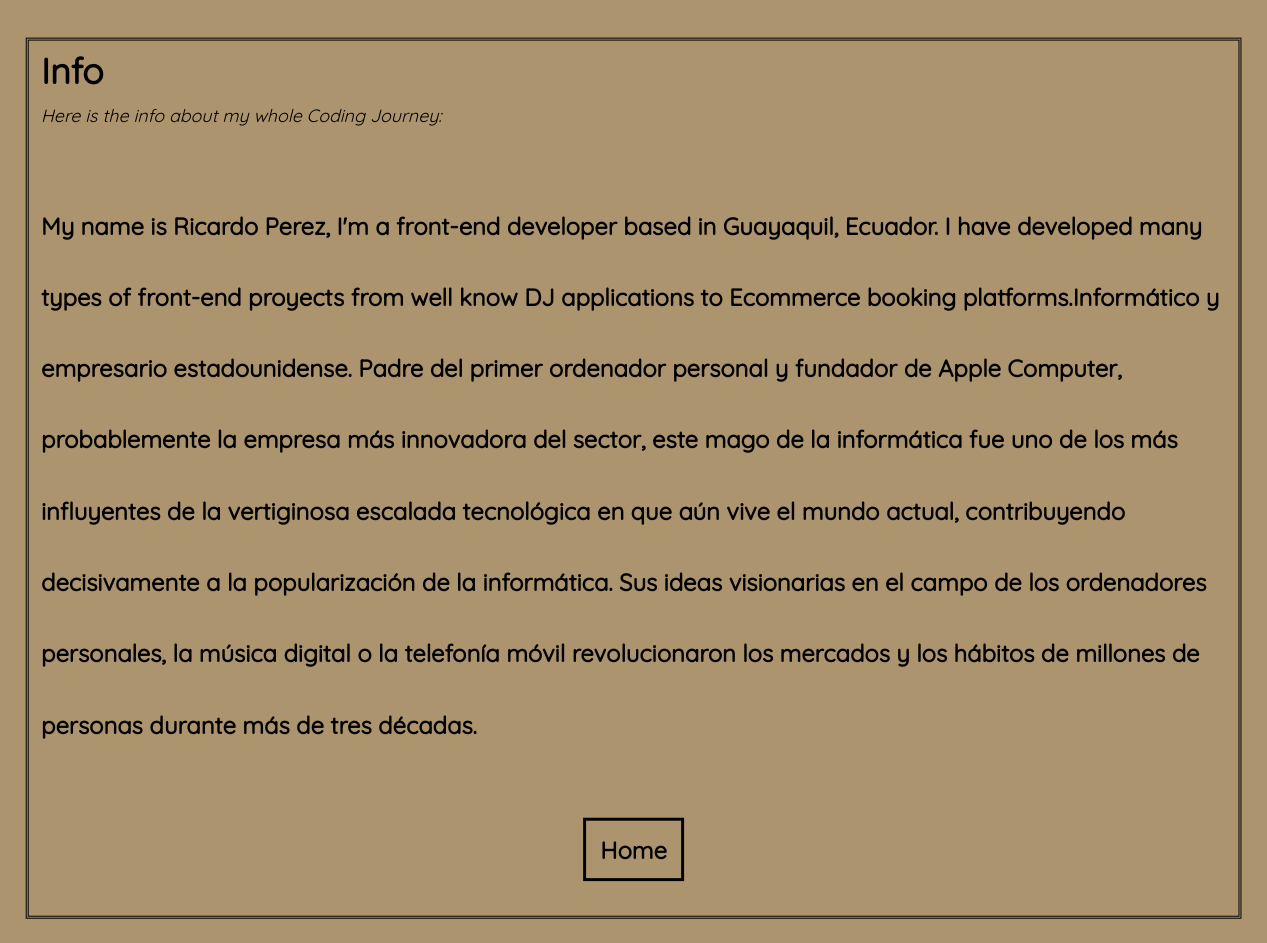
Repository: rickypcyt/ricky-react-portfolio
Page: /Info
The author's editor kept a copy of each file at every save. The page is drawn from the files as they stood at one save, then again after the next save.
The browser window is 1280 px wide. The pictures show the whole page, at 99% of full size.
The project was rebuilt for these pictures with package versions that can differ from the ones it lists, and the page was loaded fresh each time. Also part of the build but not shown: src/Content.js, src/pages/Projects.js, src/pages/Contact.js, src/pages/WebMural.js, src/pages/NotesJS.js.

Above is the page before, as saved 2022-09-12 18:20:46.

### src/index.js
import React from "react";
import ReactDOM from "react-dom/client";
import "./index.css";
import App from "./App";
import reportWebVitals from "./reportWebVitals";
import { BrowserRouter, Routes, Route, Switch } from "react-router-dom";

const root = ReactDOM.createRoot(document.getElementById("root"));
root.render(
  <React.StrictMode>
    <BrowserRouter>
      <App />
    </BrowserRouter>
  </React.StrictMode>
);

// If you want to start measuring performance in your app, pass a function
// to log results (for example: reportWebVitals(console.log))
// or send to an analytics endpoint. Learn more: https://bit.ly/CRA-vitals
reportWebVitals();

### src/index.css
@import url("https://fonts.googleapis.com/css2?family=Quicksand");

input[type="file"] {
  display: none;
}
.container {
  top: 0%;
  left: 0%;
}
::marker {
  display: none;
}
.image-container {
  width: 100%;
  margin: auto;
  display: flex;
  flex-direction: row;
  justify-content: space-evenly;
  gap: 15px;
  padding: 10px;
}
body {
  line-height: 1;
  font-family: "Quicksand";
  font-size: large;
  margin: 2%;
  padding: 1%;
  border-style: double;
  margin-top: 3%;
  background: #ac946e;
}
ol {
  list-style: none;
  display: flex;
  padding: 0;
  justify-content: space-around;
  align-items: flex-start;
  display: flex;
  flex-wrap: wrap;
  align-content: center;
}
.content {
  position: absolute;
  right: calc(var(--pad) * 2);
  bottom: calc(var(--pad) * 2);
  white-space: nowrap;
}
.parrafo {
  line-height: 1.5;
  text-align: end;
  font-size: larger;
  padding-top: 1%;
}
.parrafo span {
  display: block;
}
.titulo {
  margin: 0;
}
.oli {
  font-weight: bold;
  border-style: solid;
  font-size: x-large;
  padding: 1ch;
}
.descripcion {
  font-weight: lighter;
  font-style: oblique;
}
.oli:hover {
  color: black;
  border-style: dotted;
}
.page {
  padding-top: 2%;
  padding-bottom: 3%;
}
.pageContact {
  padding-top: 8%;
  padding-bottom: 9%;
}
.cabeceranavi {
  padding-bottom: 2%;
}
p {
  font-weight: bold;
}
a {
  color: black;
  text-decoration: none;
  padding: 0ch;
}
span {
  font-size: larger;
}
li {
  width: 7%;
  height: 10%;
}
ul {
  list-style-type: none;
  margin: 0%;
  display: flex;
  align-items: center;
  flex-direction: row;
  padding-top: 5%;
  padding-bottom: 5%;
  padding-left: 0%;
  justify-content: space-around;
}
.imagenes {
  display: block;
  height: auto;
  width: auto;
  padding-top: 5%;
  padding-bottom: 5%;
}

.imagenesproyect {
  position: relative;
}
.fixer {
  display: flex;
  flex-direction: row;
  justify-content: space-evenly;
  padding-bottom: 3%;
}
.overlay {
  position: absolute;
  top: 0.83cm;

  background: rgb(0, 0, 0);
  background: rgb(2, 0.3, 0.9, 0.6); /* Black see-through */
  color: #f1f1f1;
  width: 100%;
  transition: 0.5s ease;
  color: white;
  text-align: center;
  font-size: 20px;
  padding-top: 20px;
  padding-bottom: 20px;
  opacity: 0;
}
.imagenesproyect:hover .overlay {
  opacity: 1;
}
.overlay2 {
  position: absolute;
  bottom: 31px;
  background: rgb(0, 0, 0);
  background: rgba(40, 40, 40, 0.6); /* Black see-through */
  color: #f1f1f1;
  width: 100%;
  transition: 0.5s ease;
  color: white;
  text-align: center;
  font-size: 20px;
  padding-top: 20px;
  padding-bottom: 20px;
  opacity: 0;
}
.imagenesproyect:hover .overlay2 {
  opacity: 1;
}

.homeinfo {
  font-size: x-large;
  line-height: 300%;
}

@media screen and (max-width: 1340px) {
  .fixer {
    flex-direction: column;
    justify-content: center;
  }
  .imagenes {
    height: auto;
    width: 100%;
  }
  ol {
  }
}

.image-container {
  width: auto;
  margin: auto;
  /* display: flex; */
  flex-wrap: wrap;
  gap: 15px;
  padding: 10px;
}

.image-container img {
  max-width: 100%;
  max-height: 225px;
}

.container .image-container .image {
  border: 4px solid black;
  overflow: hidden;
  /* cursor: pointer; */
}

.container .image-container .image img {
  height: 100%;
  width: 100%;
}
@media (max-width: 700px) {
  .image-container img {
    max-height: -10px;
  }
  .cabeceranavi {
    padding-bottom: 7%;
  }
  .homeinfo {
    font-size: x-large;
    line-height: 150%;
  }
}

.image:hover {
  transform: scale(
    1.15
  ); /* (150% zoom - Note: if the zoom is too large, it will go outside of the viewport) */
}

### src/App.js
import Content from "./Content";
import Info from "./pages/Info";
import Projects from "./pages/Projects";
import Contact from "./pages/Contact";
import WebMural from "./pages/WebMural";
import NotesJS from "./pages/NotesJS";
import { Route, Routes, Switch } from "react-router-dom";

function App() {
  return (
    <>
      <Routes>
        <Route path="/" element={<Content />}/>
        <Route path="/Projects" element={<Projects />} />
        <Route path="/Info" element={<Info />} />
        <Route path="/Contact" element={<Contact />} />
        <Route path="/WebMural" element={<WebMural />} />
        <Route path="/NotesJS" element={<NotesJS />} />
      </Routes>
    </>
  );
}
export default App;

### src/pages/Info.js
import { Link, useMatch, useResolvedPath } from "react-router-dom";
export default function Info() {
  return (
    <main>
      <div id="Page">
        <div className="cabecera">
          <h1 className="titulo">Info </h1>
          <p className="descripcion">
            Here is the info about my whole Coding Journey:
          </p>
        </div>
        <div className="separador">
          <section className="page" style={{ display: "block", opacity: 1 }}>
            <div className="homeinfo">
              <p>
                My name is Ricardo Perez, I'm a front-end developer based in
                Guayaquil, Ecuador. I have developed many types of front-end proyects
                from well know DJ applications to Ecommerce booking
                platforms.Informático y empresario estadounidense. Padre del
                primer ordenador personal y fundador de Apple Computer,
                probablemente la empresa más innovadora del sector, este mago de
                la informática fue uno de los más influyentes de la vertiginosa
                escalada tecnológica en que aún vive el mundo actual,
                contribuyendo decisivamente a la popularización de la
                informática. Sus ideas visionarias en el campo de los
                ordenadores personales, la música digital o la telefonía móvil
                revolucionaron los mercados y los hábitos de millones de
                personas durante más de tres décadas.
              </p>
            </div>
          </section>
          <nav className="cabeceranavi">
            <ol>
              <div>
                <CustomLink to="/" className="oli">
                  Home
                </CustomLink>
              </div>
            </ol>
          </nav>
        </div>
      </div>
    </main>
  );
}

function CustomLink({ to, children, ...props }) {
  const resolvedPath = useResolvedPath(to);
  const isActive = useMatch({ path: resolvedPath.pathname, end: true });
  return (
    <li className={isActive ? "active" : ""}>
      <Link to={to} {...props}>
        {children}
      </Link>
    </li>
  );
}

Loaded but not shown: public/index.html (common file); src/reportWebVitals.js (common file)

After the next save:
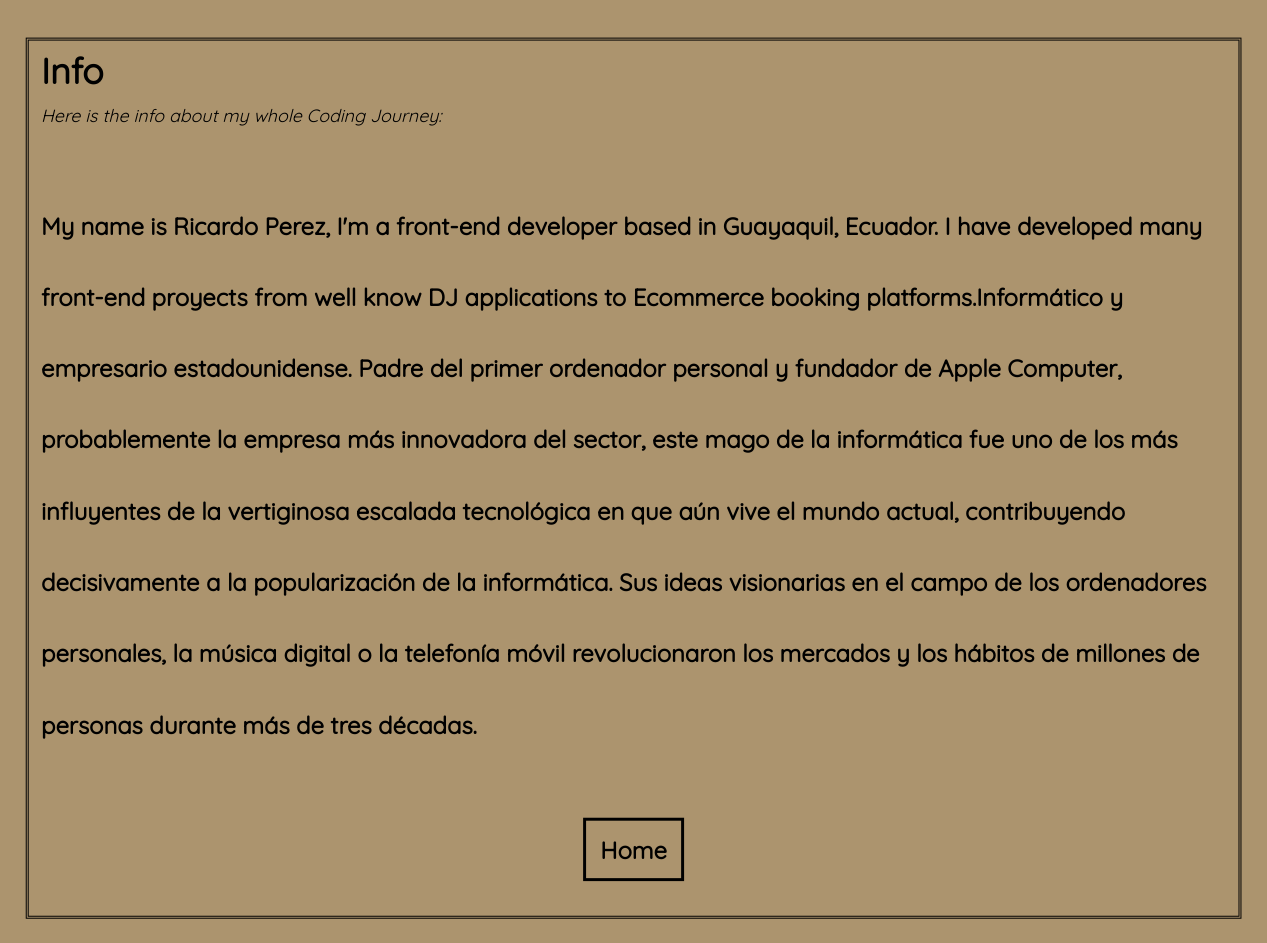
Saved 6 s later.
--- a/src/pages/Info.js
+++ b/src/pages/Info.js
@@ -14,7 +14,7 @@ export default function Info() {
             <div className="homeinfo">
               <p>
                 My name is Ricardo Perez, I'm a front-end developer based in
-                Guayaquil, Ecuador. I have developed many types of front-end proyects
+                Guayaquil, Ecuador. I have developed many front-end proyects
                 from well know DJ applications to Ecommerce booking
                 platforms.Informático y empresario estadounidense. Padre del
                 primer ordenador personal y fundador de Apple Computer,
